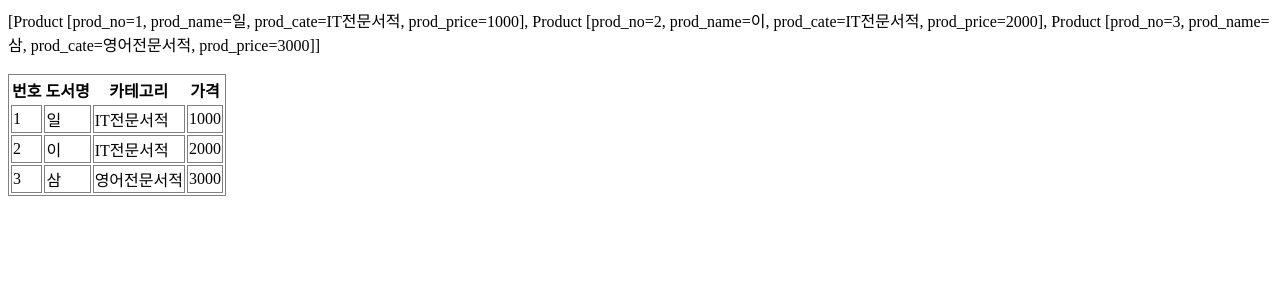
Repository: phoresis92/KITRI_JSP
Page: http://localhost/eljstl2/product.do
An editor plug-in stored every save of this project. The page is shown before and after the next save, followed by the edit.
The browser window is 1280 px wide. The pictures show the whole page.
The page is served by Tomcat 9.

Above is the page before, as saved 2018-12-20 07:06:37.

After the next save:
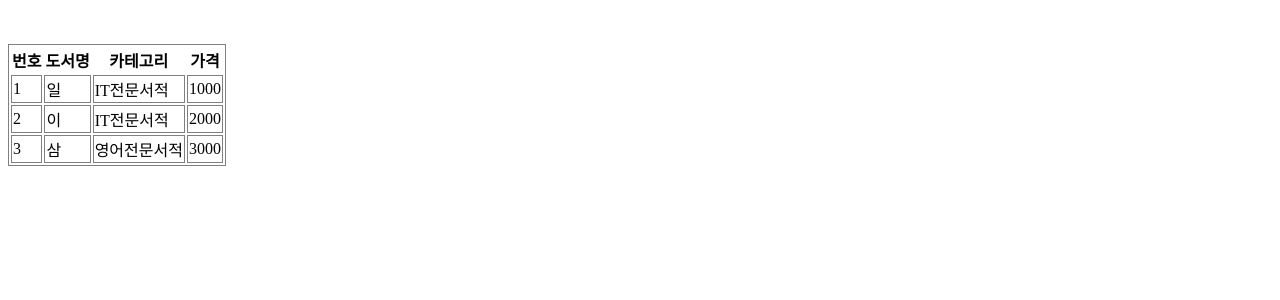
Saved 10 s later.
--- a/JSP_workspace/eljstl2/WebContent/productlistresult.jsp
+++ b/JSP_workspace/eljstl2/WebContent/productlistresult.jsp
@@ -48,7 +48,6 @@ td {
 	</table> --%>
 
 	<c:set var="list" value="${ PROD }" />
-	${ list }
 	<br><br>
 	<table style="border: 1px solid gray;">
 		<tr>
